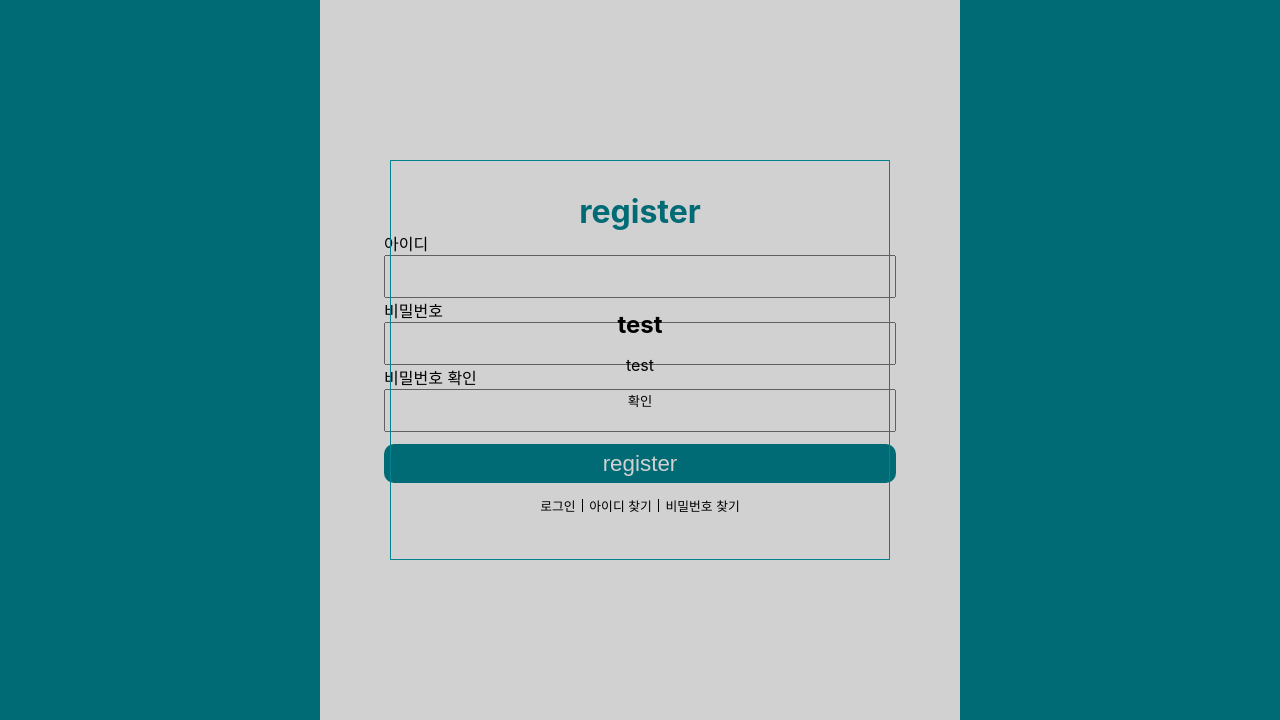
Repository: SeungYn/ticktickup-client
Page: /register
An editor plug-in stored every save of this project. The page is shown before and after the next save, followed by the edit.
The browser window is 1280 px wide. The pictures show the whole page.
The project was rebuilt for these pictures with package versions that can differ from the ones it lists, and the page was loaded fresh each time. Also part of the build but not shown: src/App.tsx, src/pages/Main.tsx, src/pages/TimeDetail.tsx, src/pages/MyInfo.tsx, src/containers/auth/LoginFormContainer.tsx, src/pages/LoginPage.tsx.

Above is the page before, as saved 2023-01-04 00:17:34.

After the next save:
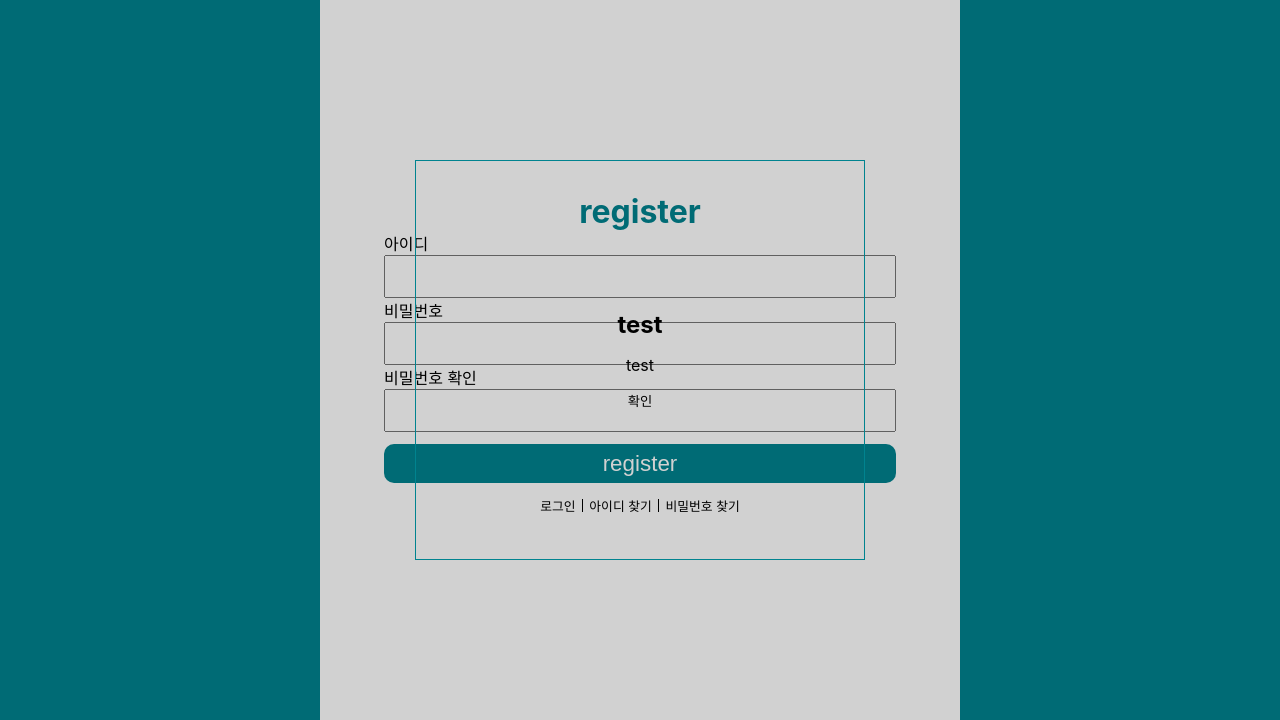
Saved 4 s later.
--- a/src/components/common/ConfirmModal.tsx
+++ b/src/components/common/ConfirmModal.tsx
@@ -29,7 +29,7 @@ const ModalContainer = styled.div`
 `;
 
 const ModalContent = styled.div`
-  width: 500px;
+  width: 450px;
   height: 400px;
   padding: 1rem;
 
